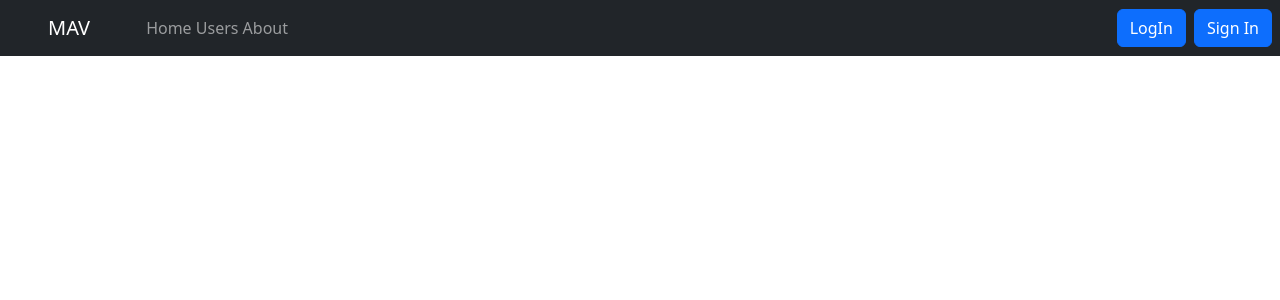
Repository: Dekabrist94/Bootstrap-First-Page
Page: /
An editor plug-in stored every save of this project. The page is shown before and after the next save, followed by the edit.
The browser window is 1280 px wide. The pictures show the whole page.
The project was rebuilt for these pictures with package versions that can differ from the ones it lists, and the page was loaded fresh each time.

Above is the page before, as saved 2023-04-07 23:55:09.

After the next save:
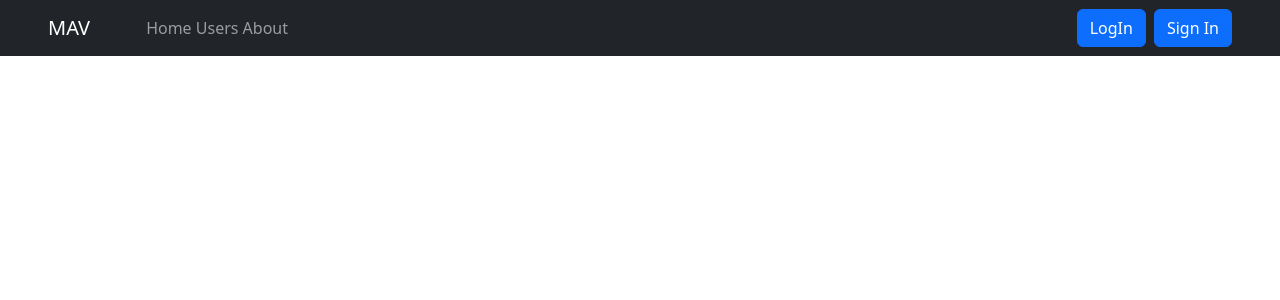
Saved 4 s later.
--- a/src/components/Navibar.js
+++ b/src/components/Navibar.js
@@ -12,7 +12,7 @@ export const Navibar = () => {
           <Nav className="me-auto">
             <Nav.Link>Home Users About</Nav.Link>
           </Nav>
-          <Nav className="me-2">
+          <Nav className="me-5">
             <Button variant="primary" className=" me-2">
               LogIn
             </Button>
